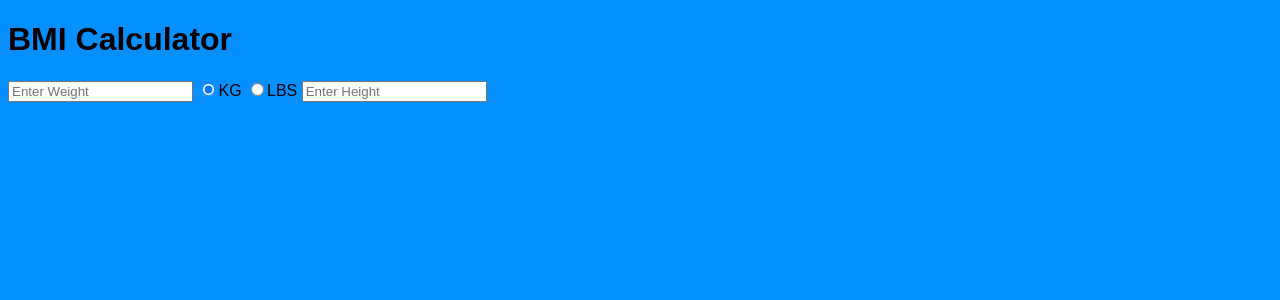
Repository: shayanabedi98/bmi-calculator
Page: index.html
An editor plug-in stored every save of this project. The page is shown before and after the next save, followed by the edit.
The browser window is 1280 px wide. The pictures show the whole page.

Above is the page before, as saved 2023-07-24 13:24:40.

### index.html
<!DOCTYPE html>
<html lang="en">
<head>
    <meta charset="UTF-8">
    <meta name="viewport" content="width=device-width, initial-scale=1.0">
    <title>BMI Calculator</title>
    <link rel="preconnect" href="https://fonts.googleapis.com">
    <link rel="preconnect" href="https://fonts.gstatic.com" crossorigin>
    <link href="https://fonts.googleapis.com/css2?family=Teko:wght@300&display=swap" rel="stylesheet">
    <link rel="stylesheet" href="styles.css">
</head>
<body>
    <div class="card">
        <div class="bmi-calculator">
            <h1>BMI Calculator</h1>
            <input type="number" placeholder="Enter Weight">
            <input type="radio" name="weight" checked><span>KG</span>
            <input type="radio" name="weight"><span>LBS</span>
            <input type="number" placeholder="Enter Height">
        </div>
        <div class="bmi-chart">

        </div>
    </div>
</body>
</html>

### styles.css
body {
    background-color: #068FFF;
    font-family: 'Bebas Neue', sans-serif;
}

After the next save:
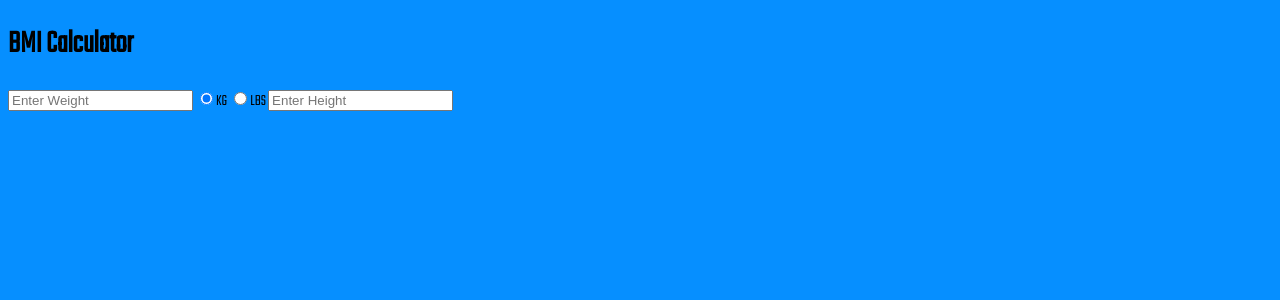
Saved 8 s later.
--- a/styles.css
+++ b/styles.css
@@ -1,4 +1,4 @@
 body {
     background-color: #068FFF;
-    font-family: 'Bebas Neue', sans-serif;
+    font-family: 'Teko', sans-serif;
 }

After the save that followed:
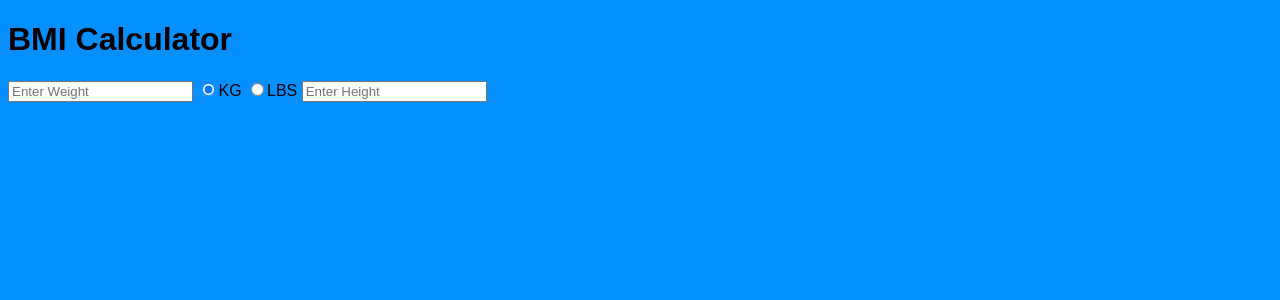
Saved 25 s later.
--- a/styles.css
+++ b/styles.css
@@ -1,4 +1,4 @@
 body {
     background-color: #068FFF;
-    font-family: 'Teko', sans-serif;
+    font-family: sans-serif;
 }
